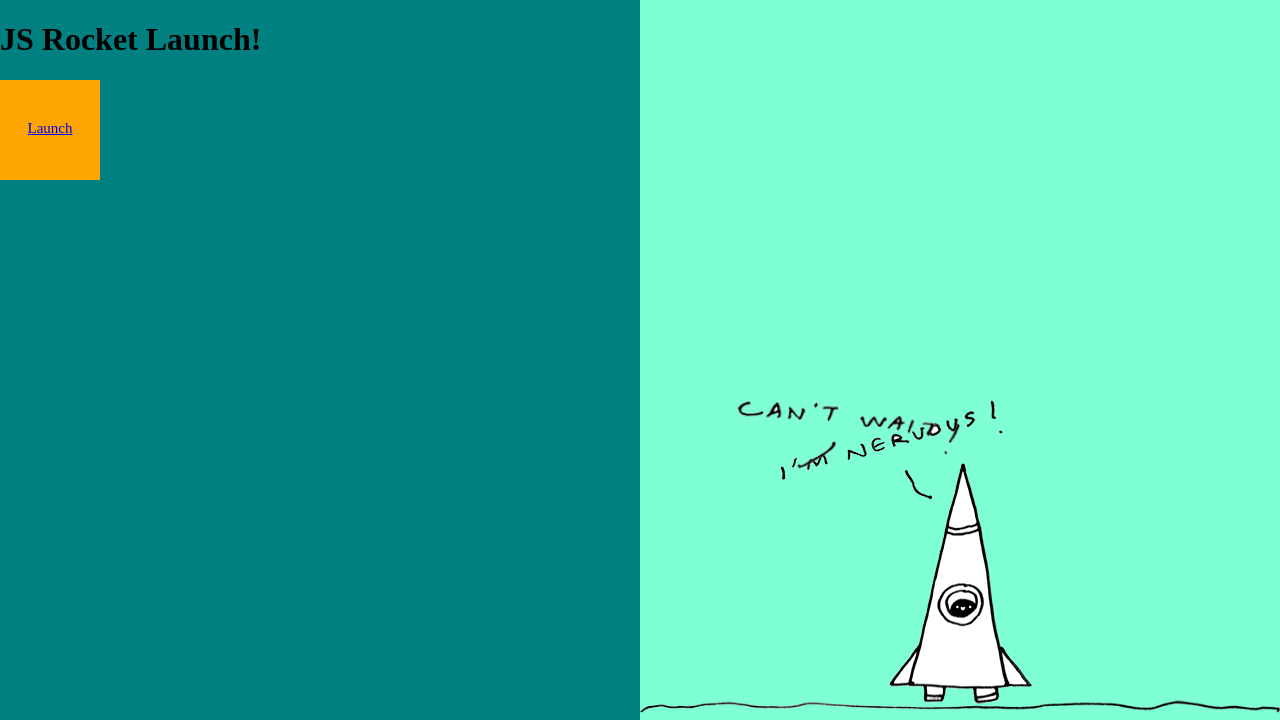
Repository: alcarrizo/Rocket-launch
Page: index.html
An editor plug-in stored every save of this project. The page is shown before and after the next save, followed by the edit.
The browser window is 1280 px wide. The pictures show the whole page.

Above is the page before, as saved 2022-10-20 17:25:48.

After the next save:
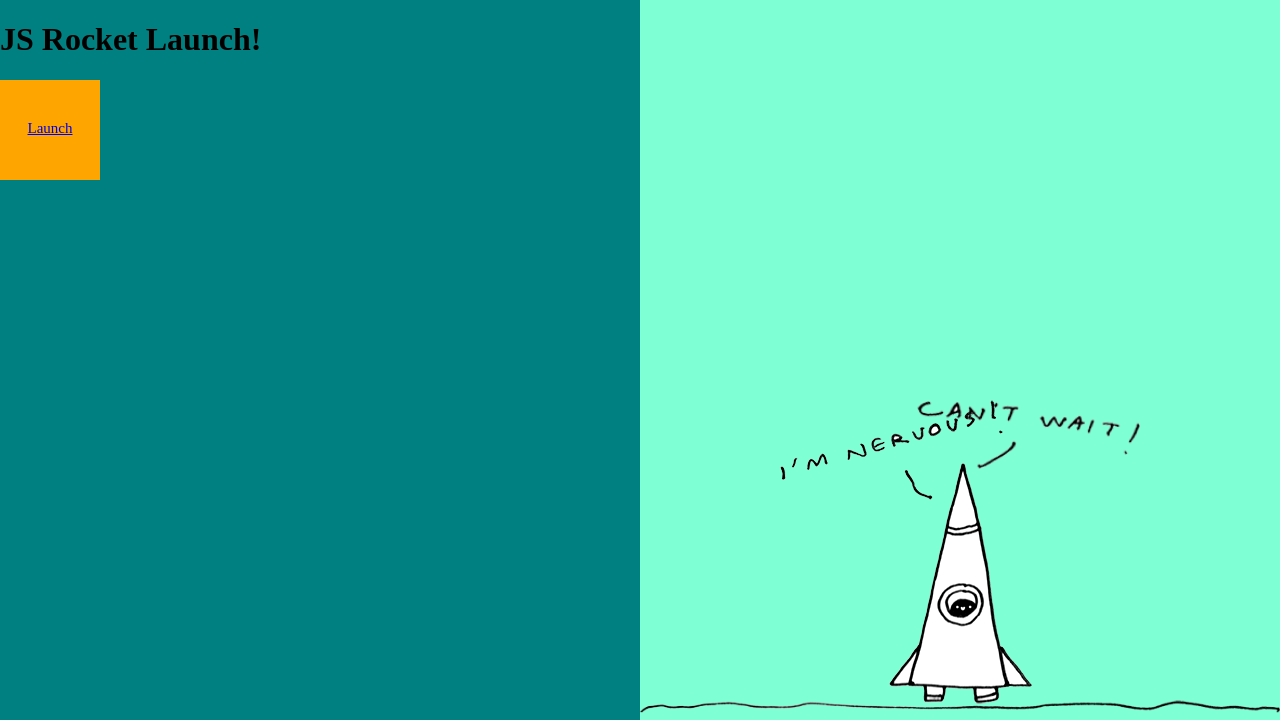
Saved 31 s later.
--- a/css/style.css
+++ b/css/style.css
@@ -85,7 +85,7 @@ body {
     position: absolute;
     bottom: 220px;
     right: 50%;
-    margin-left: -180px;
+    margin-right: -180px;
     background: url('../img/cant-wait.png') no-repeat 0 0;
     background-size: 100%;
     width: 223px;
